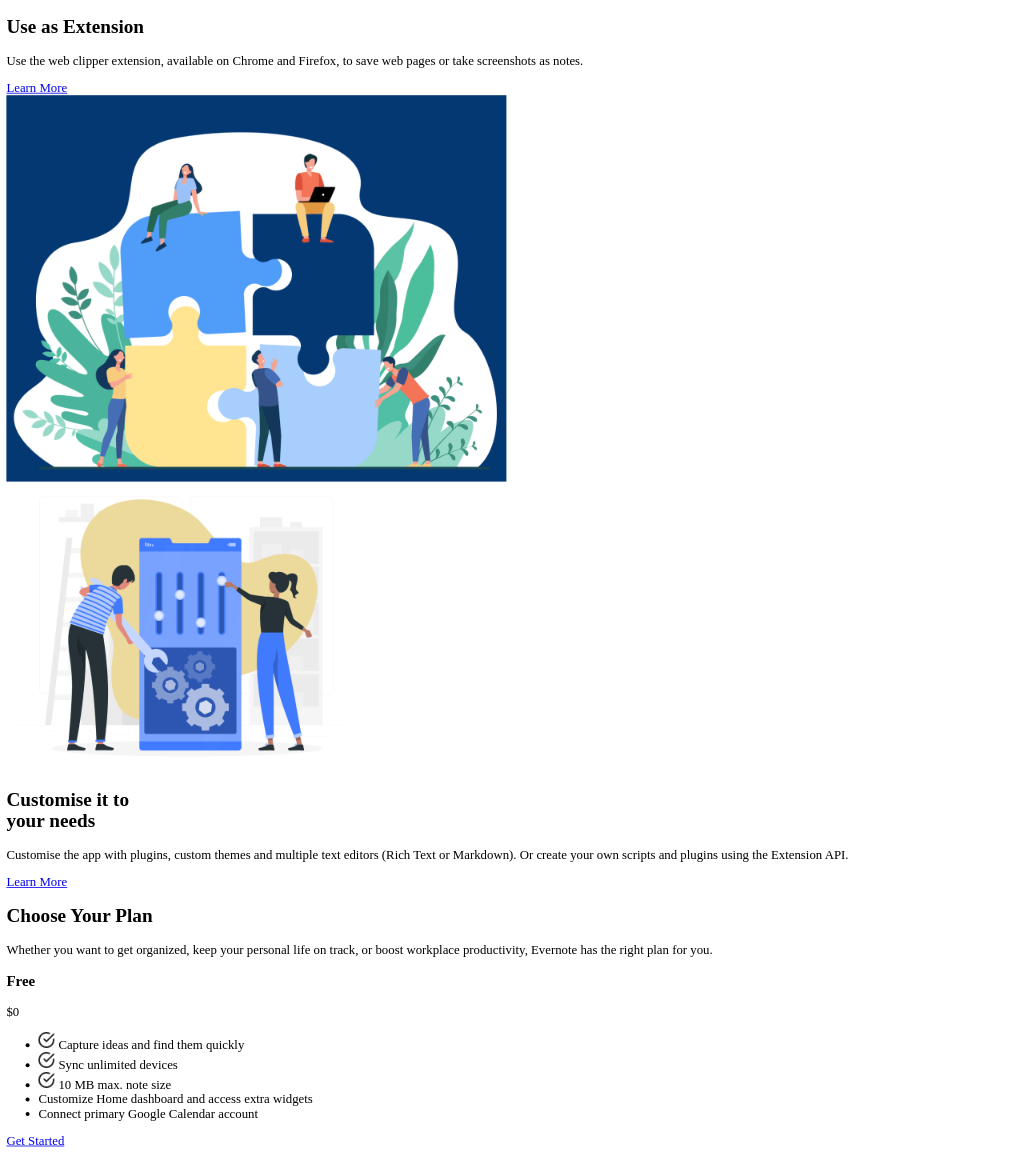
Repository: rinesagajtani0/whitespace_saas
Page: index.html
The author's editor kept a copy of each file at every save. The page is drawn from the files as they stood at one save, then again after a run of saves.
The browser window is 1280 px wide. The pictures show the whole page, at 80% of full size.

Above is the page before, as saved 2025-11-02 12:15:32.

After the next 5 saves:
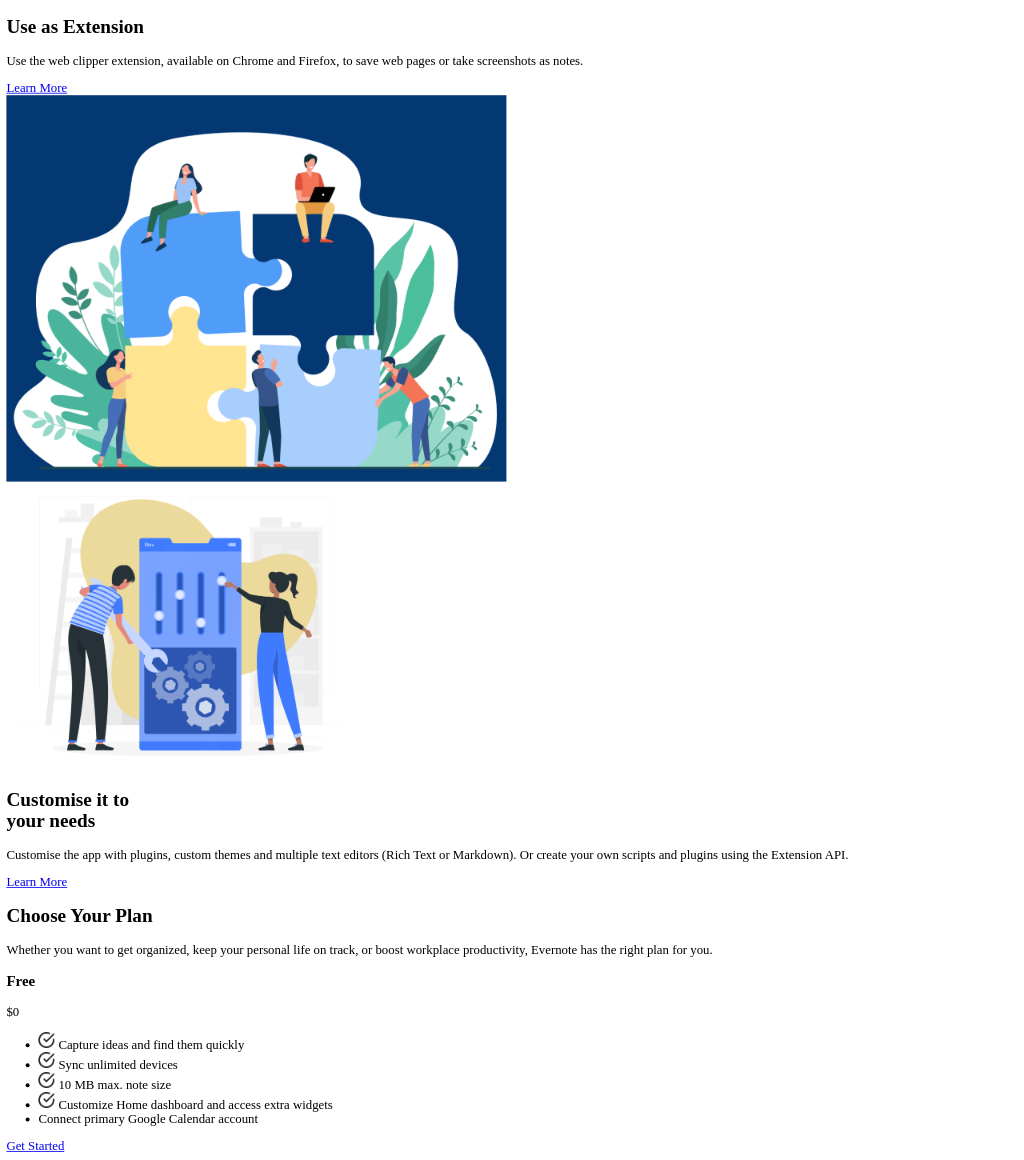
The 5 saves are shown as one change because they came seconds apart.
The last was saved 15 s later.
--- a/index.html
+++ b/index.html
@@ -73,8 +73,11 @@
               10 MB max. note size
             </li>
             <li>
-              Customize Home dashboard and access extra widgets</li>
-            <li>Connect primary Google Calendar account</li>
+              <img src="img/Icon.png" alt="">
+              Customize Home dashboard and access extra widgets
+            </li>
+            <li>
+              Connect primary Google Calendar account</li>
           </ul>
           <a href="#" class="btn btn--outline">Get Started</a>
         </div>
